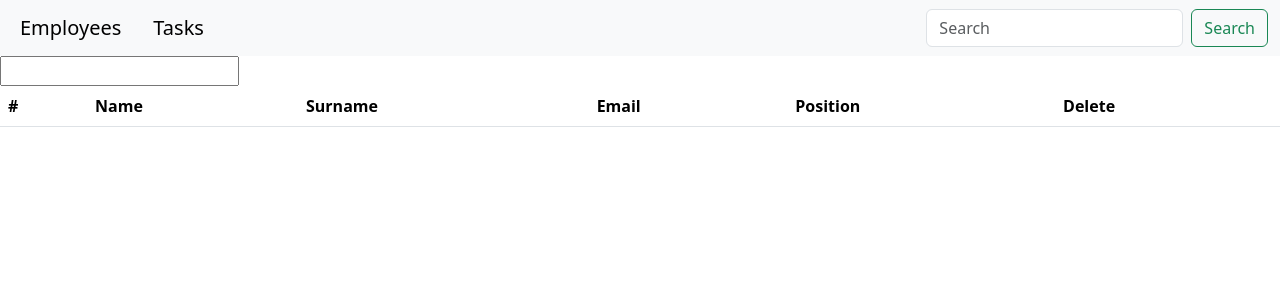
Repository: RaffiBarseghyan/employees
Page: /employees
These files come from the project's save history. The page is drawn as it stood at one moment and after a run of saves; the edit follows.
The browser window is 1280 px wide. The pictures show the whole page.
The page's requests for data from a server got no answer. The project was rebuilt for these pictures with package versions that can differ from the ones it lists, and the page was loaded fresh each time. No one was signed in, and anything a server would have sent is missing. Also part of the build but not shown: src/App.css, src/Pages/Employees/employees.module.scss, src/Pages/UpDel/upDel.module.scss, src/Pages/UpDel/delete.jsx, src/Pages/Tasks/tasks.jsx.

Above is the page before, as saved 2023-06-15 01:08:13.

After the next 4 saves:
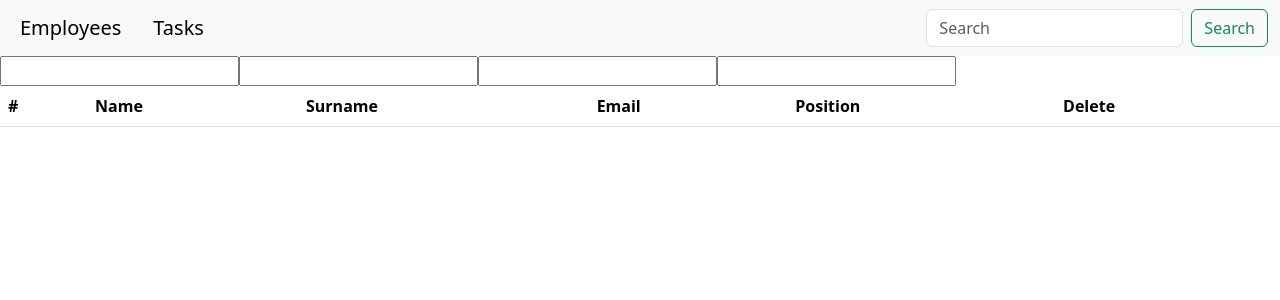
The 4 saves are shown as one change because they came seconds apart.
The last was saved 12 s later.
--- a/src/Pages/Employees/employees.jsx
+++ b/src/Pages/Employees/employees.jsx
@@ -22,6 +22,10 @@ function Employees() {
         <div>
 
             <input type="text" />
+            <input type="text" />
+            <input type="email" />
+            <input type="text" />
+
         </div>
 
 
